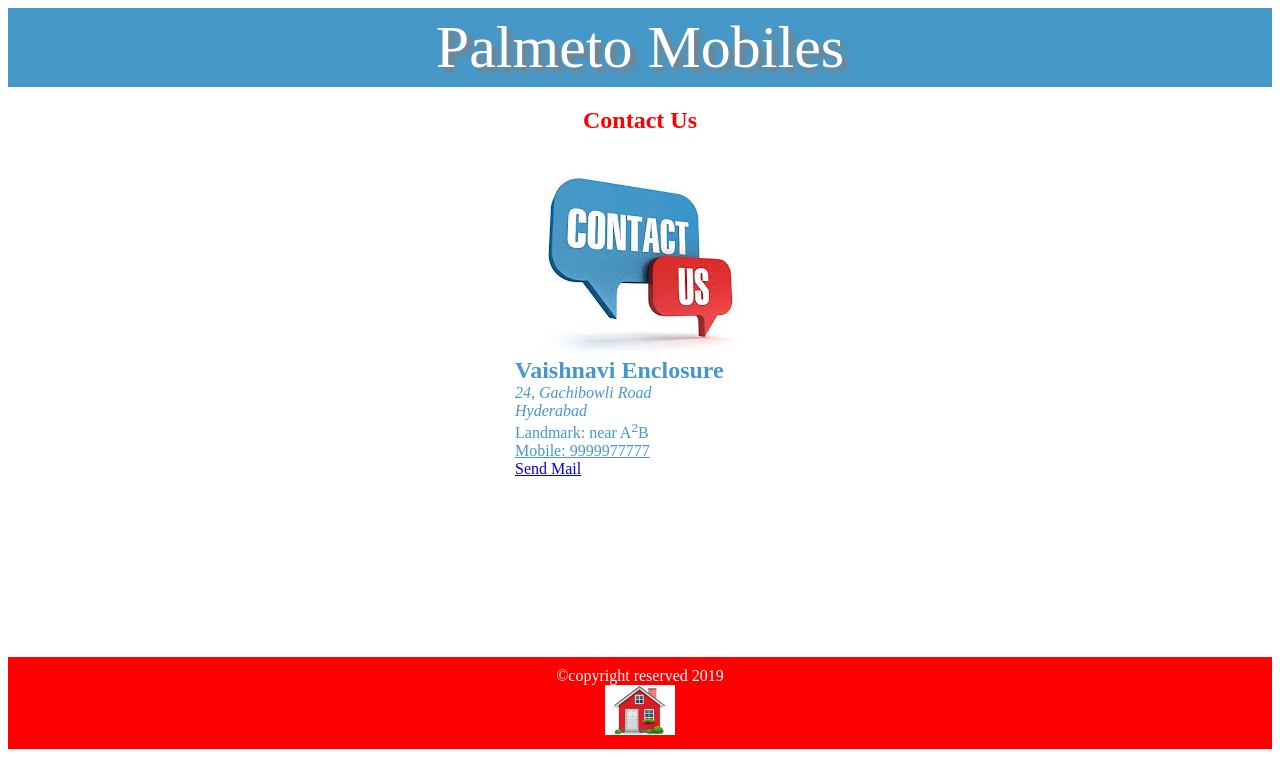
Repository: abhishekj720/HSBCLearn
Page: gagan/JEE/HtmlCssDemo/WebContent/contactus.html
The author's editor kept a copy of each file at every save. The page is drawn from the files as they stood at one save, then again after the next save.
The browser window is 1280 px wide. The pictures show the whole page.

Above is the page before, as saved 2019-07-29 07:31:18.

### gagan/JEE/HtmlCssDemo/WebContent/contactus.html
<!DOCTYPE html>
<html>
<head>
<meta charset="UTF-8">
<title>Palmeto - Contact Us</title>
<link href="hsbc.css" rel= "stylesheet">
<link href = "images/mobile1.jpg" rel = "icon">
<style>
	#contactdiv{
	width:250px;
	margin : 0px auto;
	color : #4698c8
	}

</style>

</head>
<body>

<header>
	Palmeto Mobiles
</header>

<article>
	<h2>Contact Us</h2>
	<div id = "contactdiv">

	<div><img src = "images/contactus.jpg"/></div>

	<div style = "font-weight:bold; font-size:24px"><span>Vaishnavi Enclosure</span></div>
	<div  style ="font-style:italic"      ><span>24, Gachibowli Road</span></div>
	<div  style ="font-style:italic"      ><span>Hyderabad</span></div>
	<div      ><span>Landmark: near A<sup>2</sup>B</span></div>
	<div     style ="text-decoration:underline"   ><span>Mobile: 9999977777</span></div>
	<div       ><span><a href="mailto:hr@palmeto.com">Send Mail</a>  </span></div>

	</div>

</article>
<footer>
	<div>&copy;copyright reserved 2019</div>
	<a href="home.html"><img src="images/home.jpg"/></a>
</footer>







</body>
</html>

### gagan/JEE/HtmlCssDemo/WebContent/hsbc.css
header, footer{
	text-align:center;
}
/* only for images under footer */

header{
	background-color: #4698c8;
	color:white;
	text-shadow: 5px 5px 5px gray;
	font-family: cursive;
	padding:5px;
	font-size: 60px;
}

footer{
	/* background-color: #C0C0C0; */

	background-color: red;
	/*background-image: linear-gradient(red, yellow, green);*/
	padding:10px;
	color:white

}


footer img{
	height:50px;
	width:70px;
}

/* so that footer is at bottom regardless of the content in middle of the page*/
article{
	min-height : 550px
}


article h2{
	text-align:center;
	color:Red;
}

After the next save:
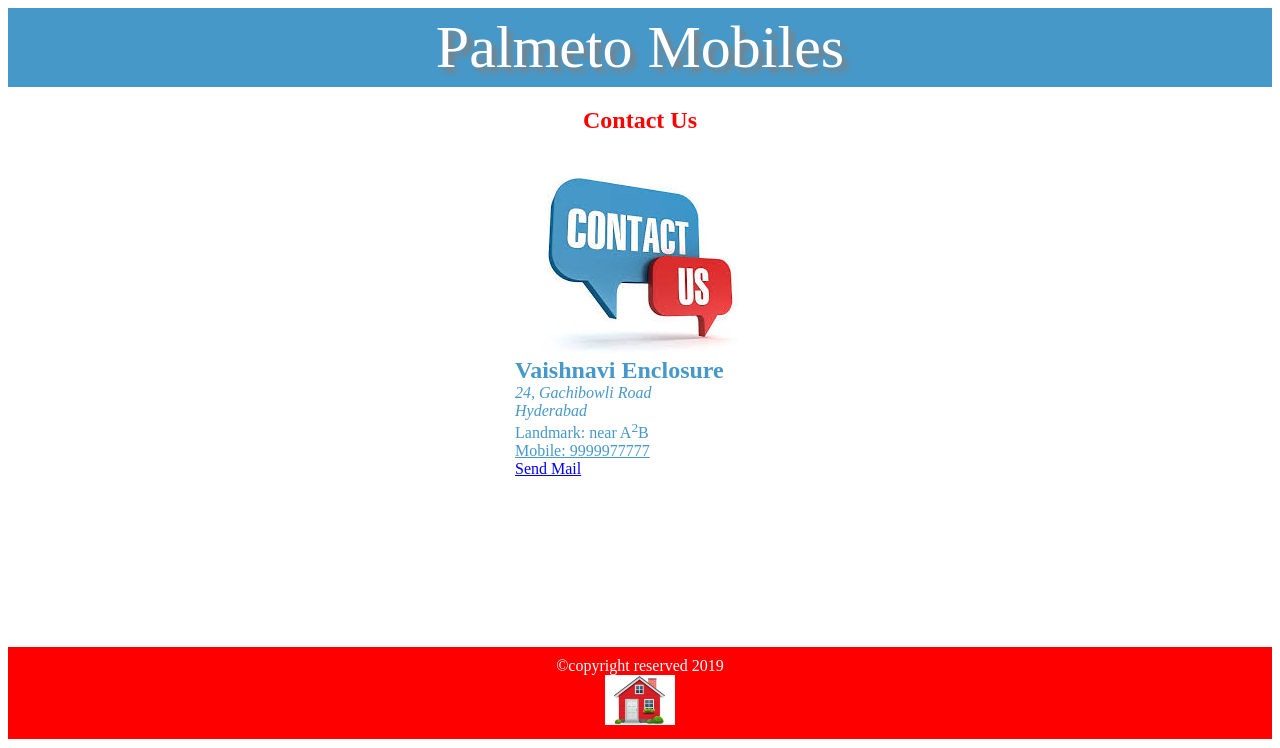
Saved 6 s later.
--- a/gagan/JEE/HtmlCssDemo/WebContent/hsbc.css
+++ b/gagan/JEE/HtmlCssDemo/WebContent/hsbc.css
@@ -30,7 +30,7 @@ footer img{
 
 /* so that footer is at bottom regardless of the content in middle of the page*/
 article{
-	min-height : 550px
+	min-height : 540px
 }
 
 
